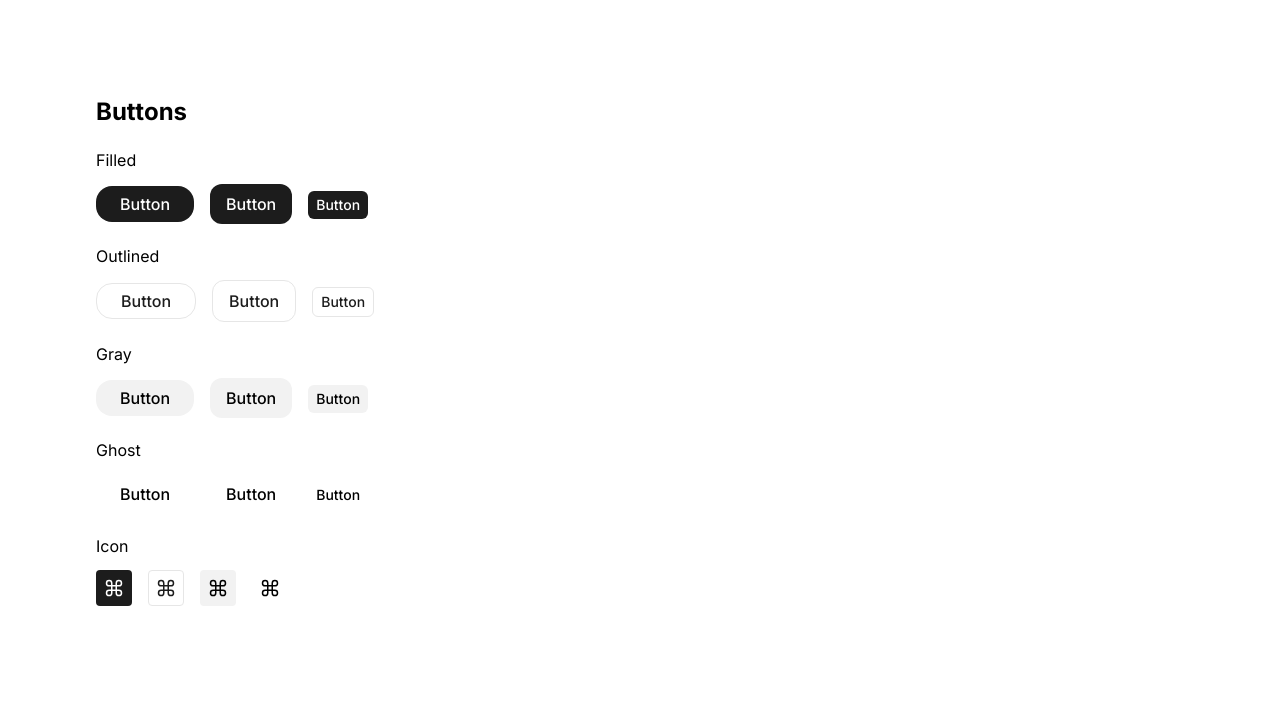
Repository: ggonzaga29/polarized-dashboard
Page: /
The author's editor kept a copy of each file at every save. The page is drawn from the files as they stood at one save, then again after a run of saves.
The browser window is 1280 px wide. The pictures show the whole page.
The project was rebuilt for these pictures with package versions that can differ from the ones it lists, and the page was loaded fresh each time. The framework's server and built-in components were replaced by stand-ins that run in the browser. Also part of the build but not shown: next.config.js.

Above is the page before, as saved 2023-08-04 00:48:08.

After the next 2 saves:
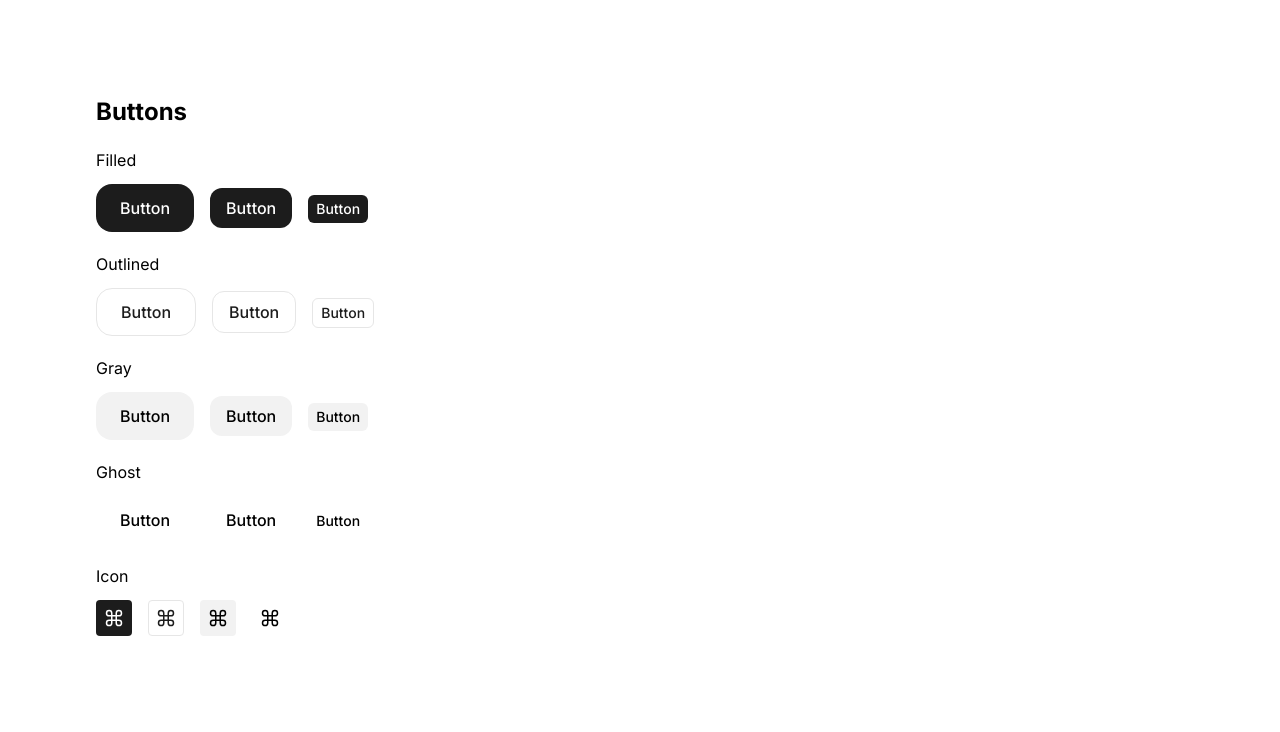
The 2 saves are shown as one change because they came seconds apart.
The last was saved 13 s later.
--- a/src/components/ui/button.jsx
+++ b/src/components/ui/button.jsx
@@ -19,7 +19,7 @@
       size: {
         sm: ['px-2', 'py-1', 'rounded-md', "text-sm"],
         md: ['px-4', 'py-2', 'rounded-xl'],
-        lg: ['h-9', 'px-6', 'py-4', 'rounded-2xl'],
+        lg: ['h-12', 'px-6', 'py-4', 'rounded-2xl'],
 				icon: ['w-9 h-9', 'rounded'],
       },
     },

After the save that followed:
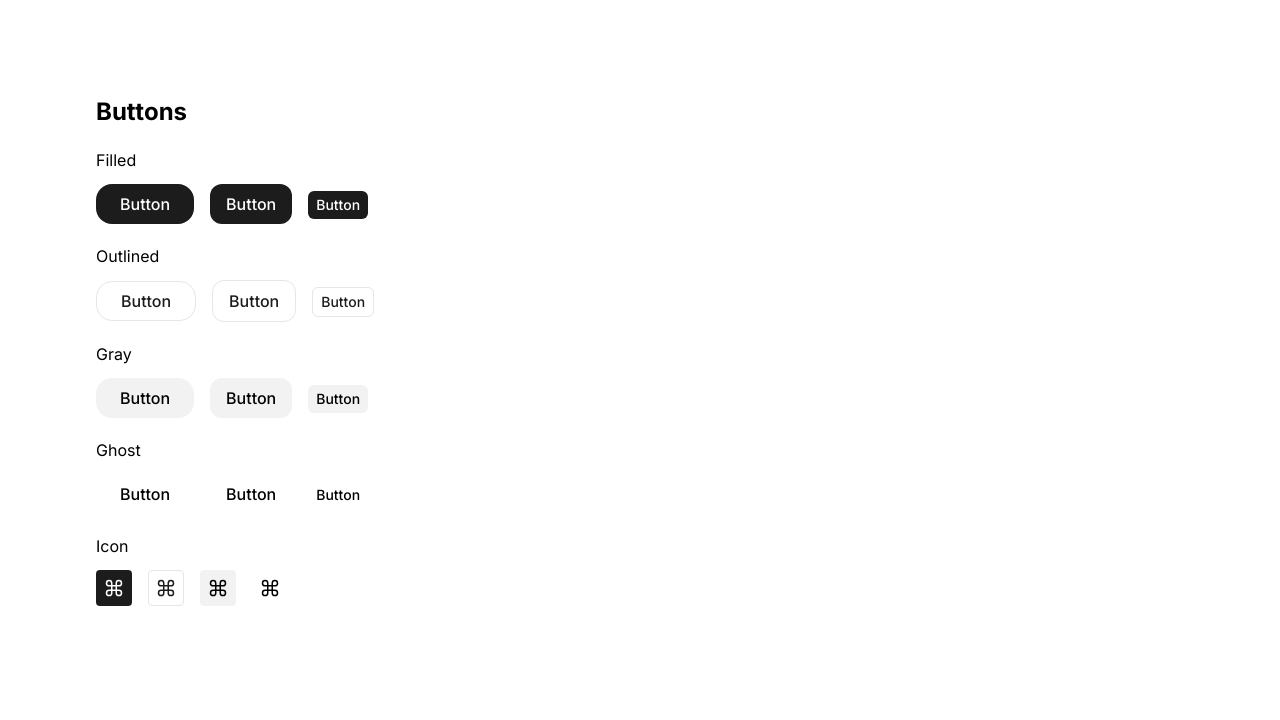
Saved 4 s later.
--- a/src/components/ui/button.jsx
+++ b/src/components/ui/button.jsx
@@ -19,7 +19,7 @@
       size: {
         sm: ['px-2', 'py-1', 'rounded-md', "text-sm"],
         md: ['px-4', 'py-2', 'rounded-xl'],
-        lg: ['h-12', 'px-6', 'py-4', 'rounded-2xl'],
+        lg: ['h-10', 'px-6', 'py-4', 'rounded-2xl'],
 				icon: ['w-9 h-9', 'rounded'],
       },
     },
